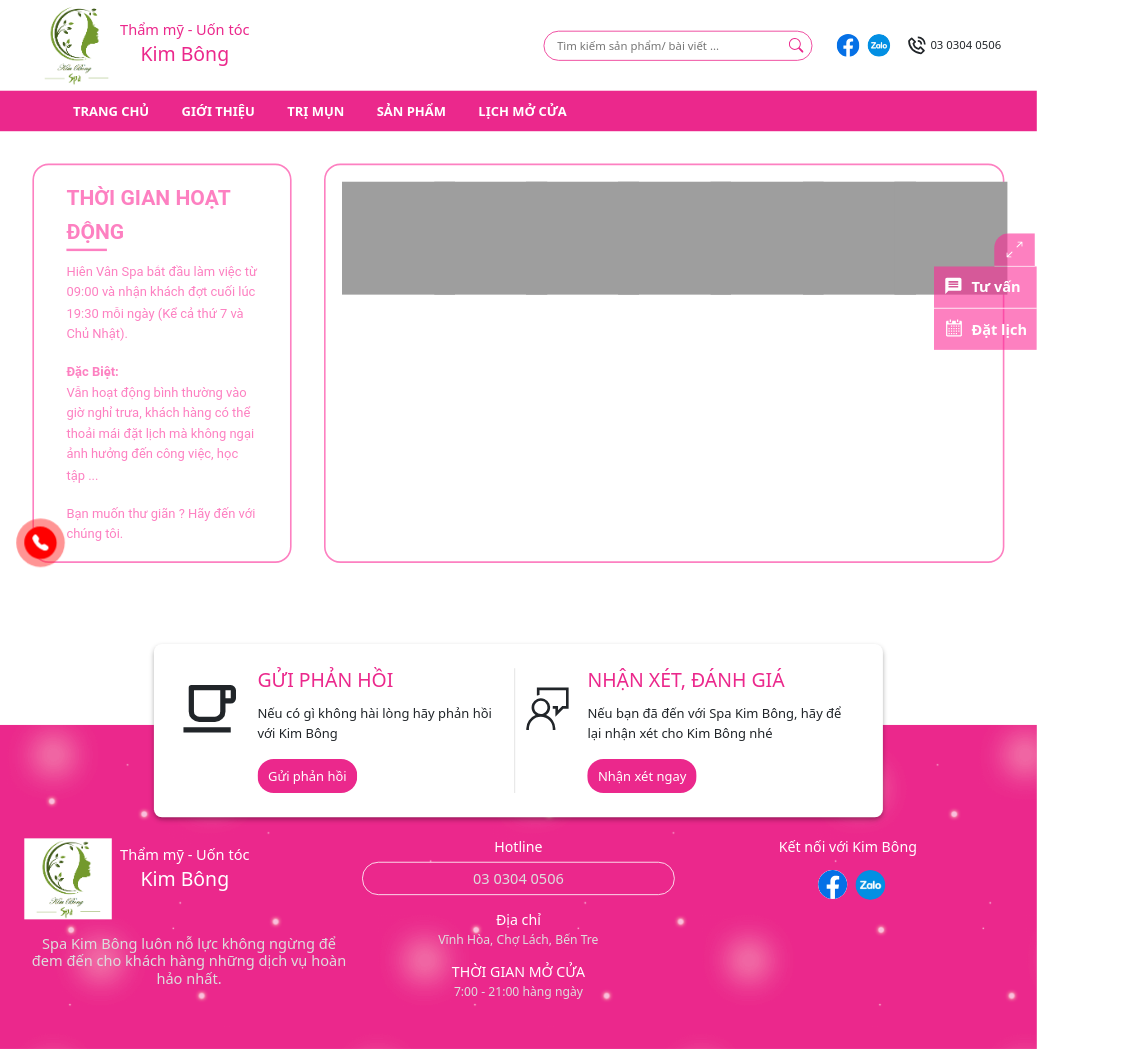
Repository: tranduykhuong/SpaKimBong
Page: /calendar
An editor plug-in stored every save of this project. The page is shown before and after the next save, followed by the edit.
The browser window is 1280 px wide. The page is 1280 px wide, then 1402 px, so the pictures cover 1402 px, including what lies to the right of the window. The pictures show the whole page, at 81% of full size.
Pictures or frames that could not be fetched are drawn as grey boxes. The project was rebuilt for these pictures with package versions that can differ from the ones it lists, and the page was loaded fresh each time. Also part of the build but not shown: src/components/Banner/banner.scss, src/components/Banner/Banner.js, src/pages/Home/home.scss, src/pages/Home/ListImage/listImage.scss, src/pages/Home/ListImage/ListImage.js, src/pages/Home/BookOnline/bookOnl.scss, src/pages/Home/BookOnline/Modal/ModalBook/modalbook.scss, src/pages/Home/BookOnline/Modal/ModalBook/modalbook.js and 24 more.

Above is the page before, as saved 2022-06-07 00:02:23.

After the next save:
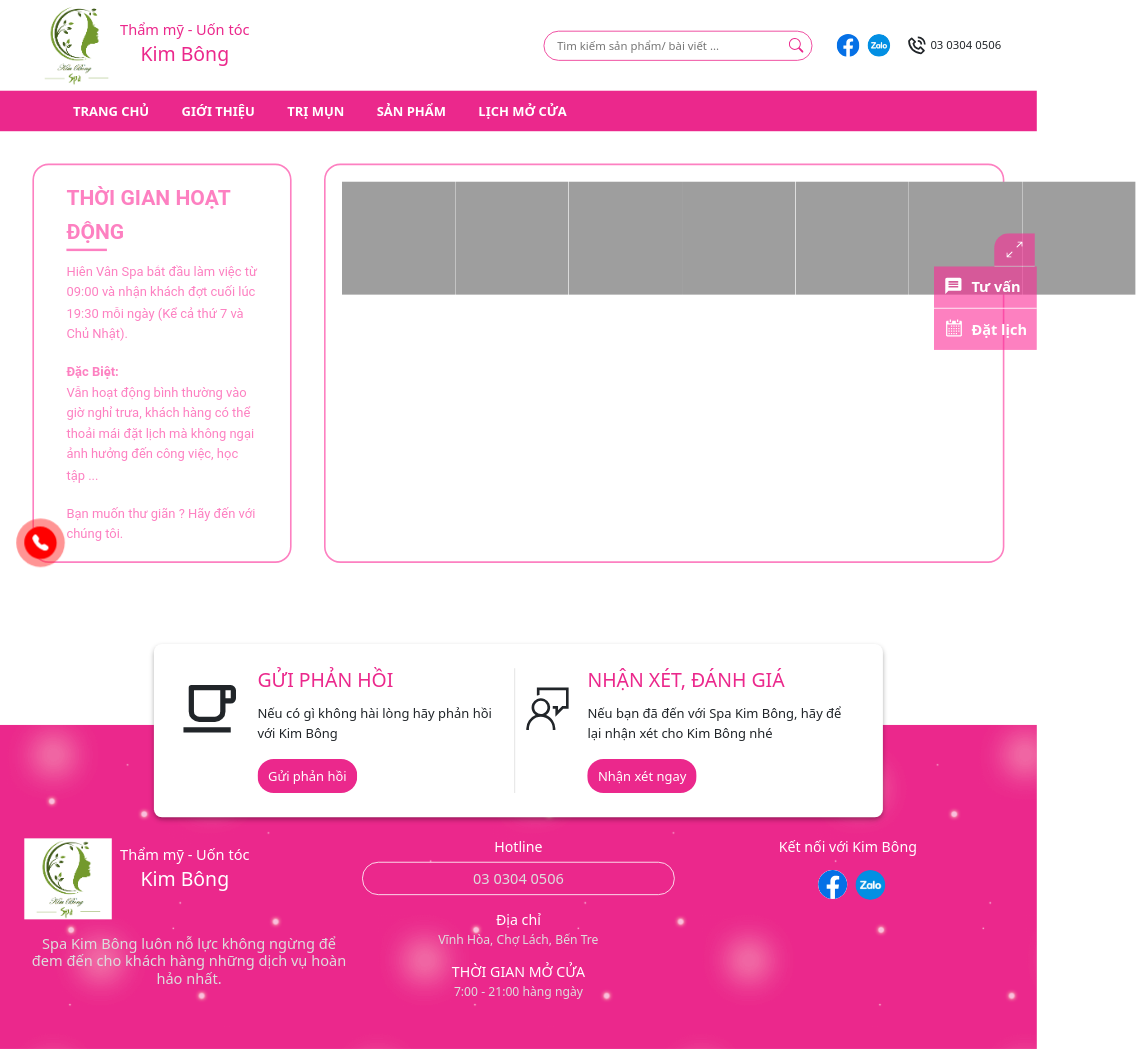
Saved 41 s later.
--- a/src/pages/Calendar/calendar.scss
+++ b/src/pages/Calendar/calendar.scss
@@ -59,7 +59,7 @@
           //   justify-content: space-evenly;
 
           .calendar-box {
-            width: 14.2857142857%;
+            width: 20%;
             //border: solid 2px #fd80c1;
           }
         }
